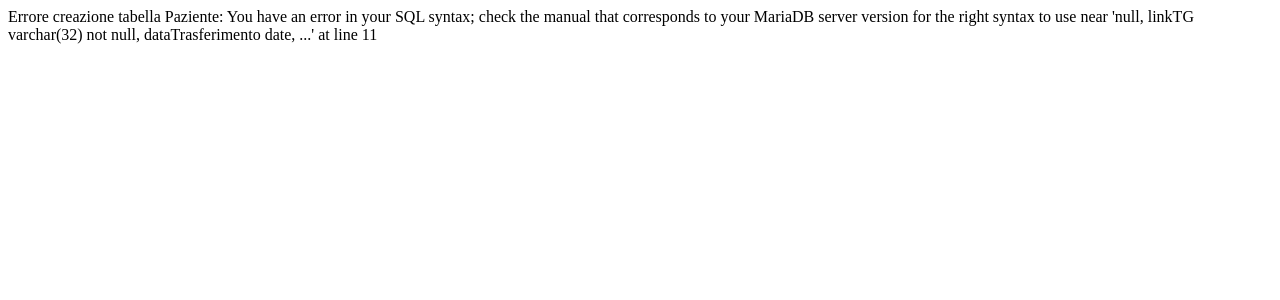
Repository: EmanueleCoradin/IoTMonitoring-CV-19-Patients
Page: http://localhost/init.php
An editor plug-in stored every save of this project. The page is shown before and after the next save, followed by the edit.
The browser window is 1280 px wide. The pictures show the whole page.
The page is run by PHP 8.4 with error messages shown; the project is at /var/www/html/.

Above is the page before, as saved 2020-05-11 16:38:48.

After the next save:
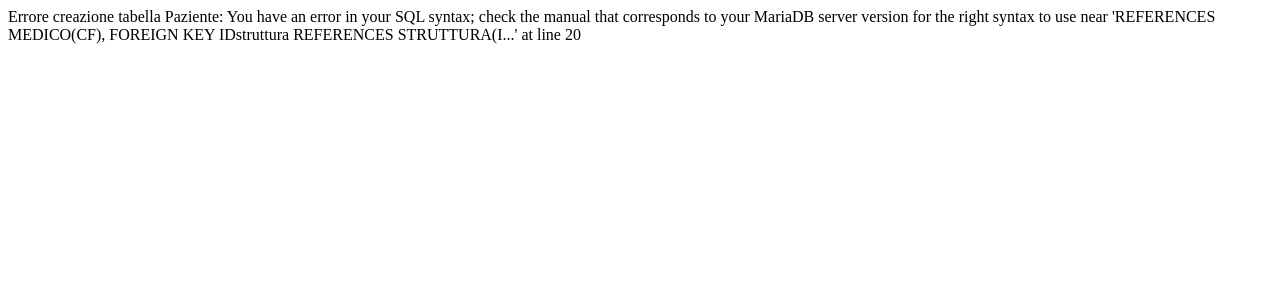
Saved 81 s later.
--- a/allegati/sitoPHP/php/init.php
+++ b/allegati/sitoPHP/php/init.php
@@ -45,7 +45,7 @@ $sql="
         provincia varchar(32) not null,
         regione varchar(32) not null,
         dataNascita date not null,
-        sesso varchar(1) nut null,
+        sesso varchar(1) not null,
         linkTG varchar(32) not null,
         dataTrasferimento date,
         email varchar(32) not null,
